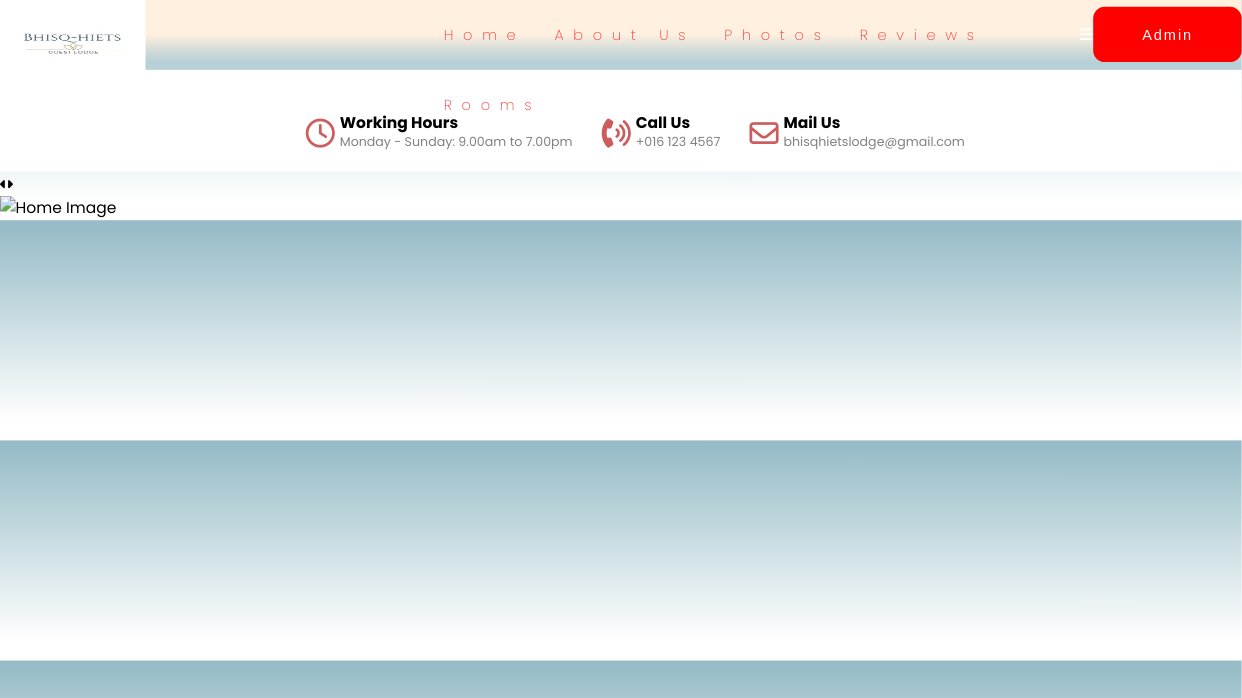
Repository: itadori17/HotelBooking
Page: /home
The author's editor kept a copy of each file at every save. The page is drawn from the files as they stood at one save, then again after the next save.
The browser window is 1280 px wide. The pictures show the whole page, at 97% of full size.
Some web libraries are served in a nearby version. The project was rebuilt for these pictures with package versions that can differ from the ones it lists, and the page was loaded fresh each time. Also part of the build but not shown: src/Components/Pages/firebase.js, src/Components/styles/register.css, src/Components/Pages/Login.js, src/Components/Pages/Register.js.

Above is the page before, as saved 2022-07-12 10:43:34.

After the next save:
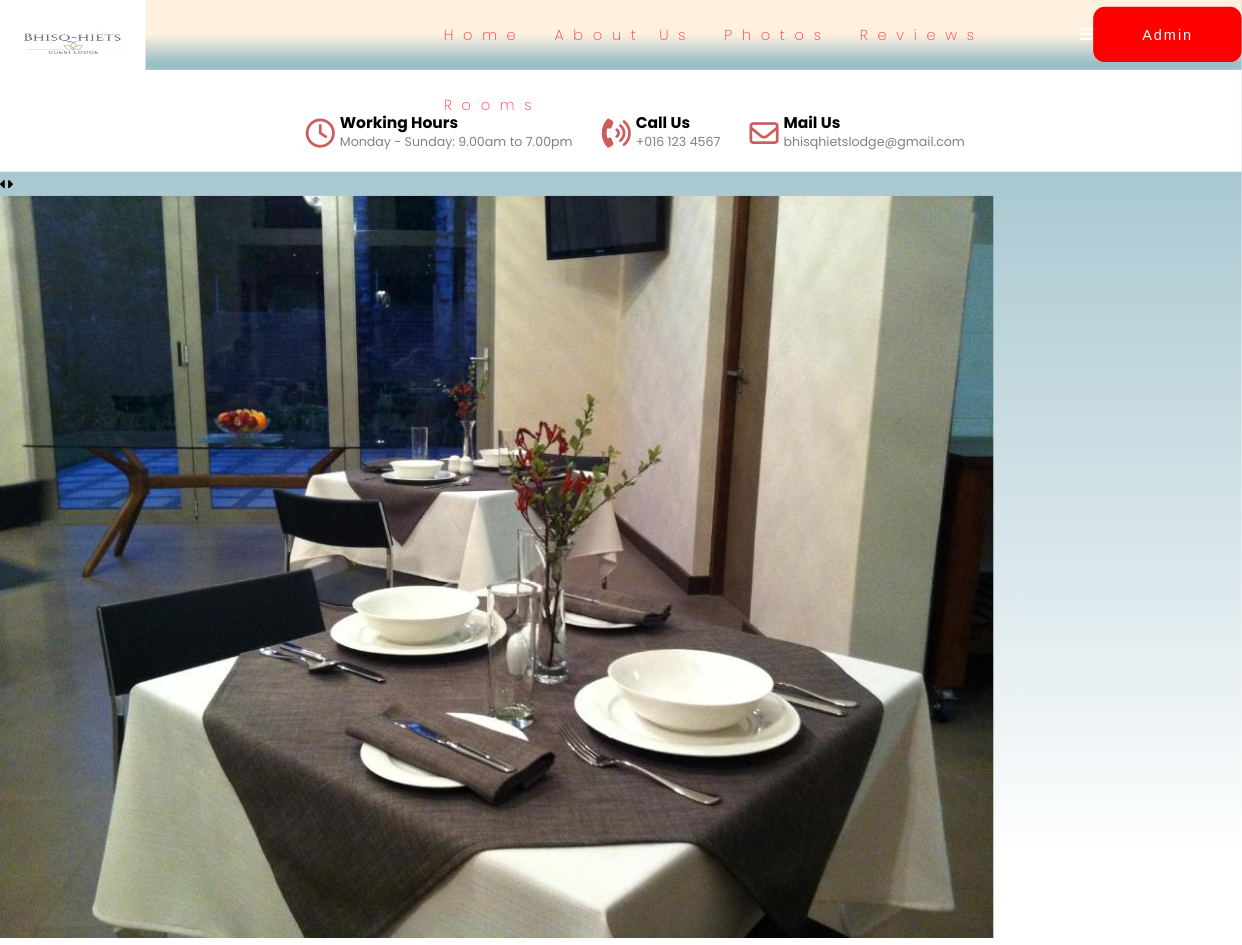
Saved 79 s later.
--- a/src/Components/HomeSection/Slides.js
+++ b/src/Components/HomeSection/Slides.js
@@ -31,7 +31,7 @@ const Slide = ({slides}) => {
     return(
 
         <div className={index === current ? "slide active" : "slide" } key={index} >
-            {index === current && <img src = {slide.image} alt ="Home Image" /> }
+            {index === current && <img src = {slide.images} alt =" " /> }
             </div>
     )
      })}
